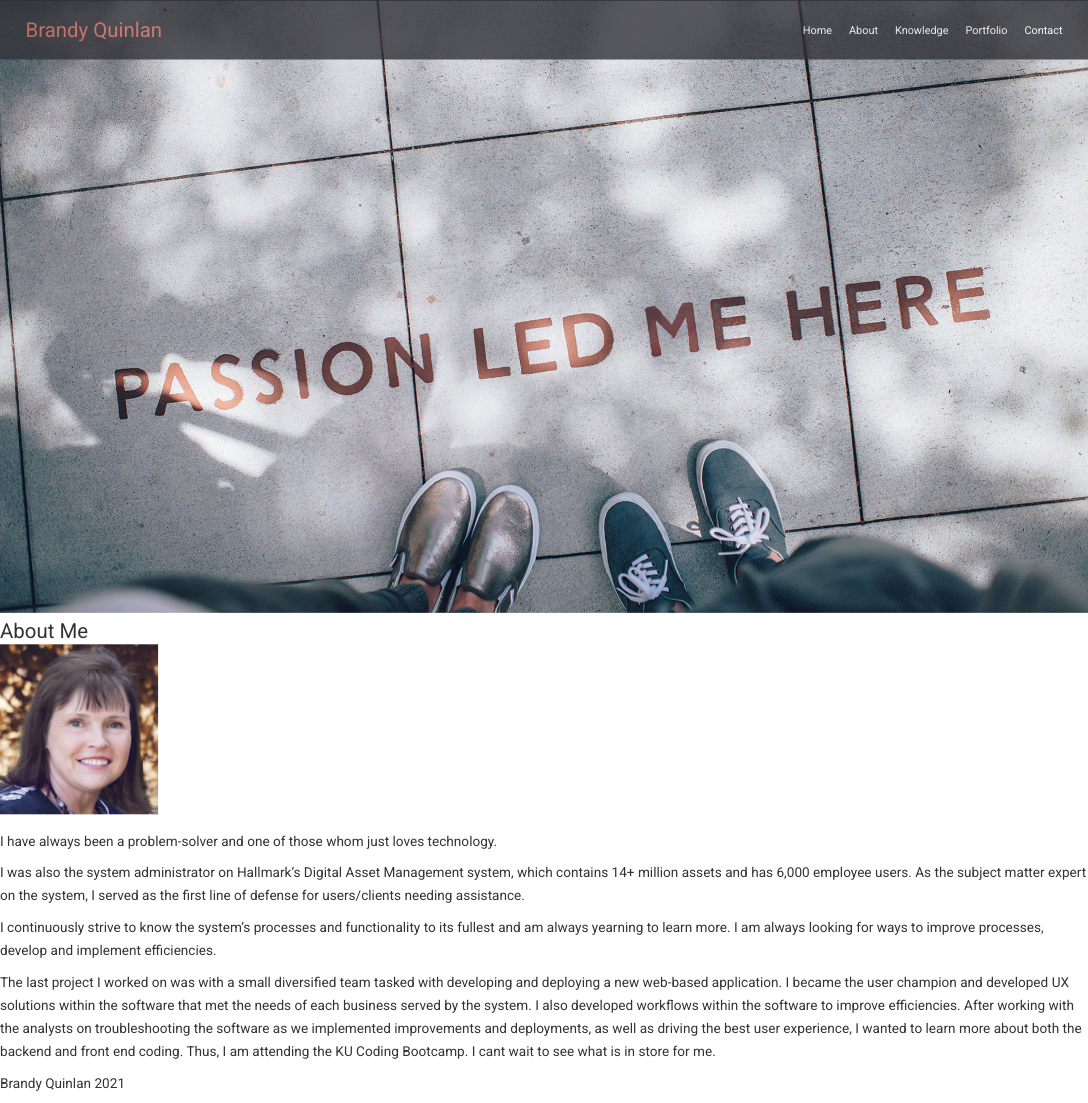
Repository: brandyquinlan/brandyquinlan
Page: index.html
These files come from the project's save history. The page is drawn as it stood at one moment and after the next save; the edit follows.
The browser window is 1280 px wide. The pictures show the whole page, at 85% of full size.
Some web libraries are served in a nearby version.

Above is the page before, as saved 2021-02-05 11:20:34.

### index.html
<!DOCTYPE html>
<html lang="en">

<head>
    <meta charset="UTF-8">
    <meta name="viewport" content="width=device-width, initial-scale=1.0">
    <link href="https://fonts.googleapis.com/css2?family=Roboto" rel="stylesheet">
    <link href="https://fonts.googleapis.com/css2?family=Raleway" rel="stylesheet">

    <link rel="stylesheet" href="https://cdnjs.cloudflare.com/ajax/libs/font-awesome/5.13.0/css/all.min.css" integrity="sha256-h20CPZ0QyXlBuAw7A+KluUYx/3pK+c7lYEpqLTlxjYQ=" crossorigin="anonymous" />
    <link rel="stylesheet" href="css/style.css">
    <title>Quinlan Portfolio</title>
</head>

<body id="home">
    <header class="hero">
        <div id="navbar" class="navbar">
            <h1 class="name">Brandy Quinlan</h1>
            <nav>
                <ul>
                    <li><a href="#home">Home</a></li>
                    <li><a href="#about">About</a></li>
                    <li><a href="#knowledge">Knowledge</a></li>
                    <li><a href="portfolio.html">Portfolio</a></li>
                    <li><a href="contact.html">Contact</a></li>
                </ul>
            </nav>
        </div>
        <section class="container">
            <img src="img/ian-schneider-TamMbr4okv4-unsplash.png" alt="" class="no-repeat  center center/cover">
        </section>
        <!-- <div id="content">
            <h1>My Slogan</h1>
            <p>Lorem ipsum dolor sit amet, consectetur adipisicing elit. Delectus, molestiae.</p>
        </div> -->
    </header>

    <!-- About -->
    <section id="aboutMe">
        <h1>About Me</h1>
        <div id="aboutRow1">

            <img class="float-left img-fluid mr-4 w-25" src="img/Me_copy.png" alt="Brandy Quinlan">
        </div>
        <p>
            I have always been a problem-solver and one of those whom just loves technology.
        </p>
        <p>
            I was also the system administrator on Hallmark’s Digital Asset Management system, which contains 14+ million assets and has 6,000 employee users. As the subject matter expert on the system, I served as the first line of defense for users/clients needing
            assistance.
        </p>
        <p> I continuously strive to know the system’s processes and functionality to its fullest and am always yearning to learn more. I am always looking for ways to improve processes, develop and implement efficiencies.
        </p>
        <p>
            The last project I worked on was with a small diversified team tasked with developing and deploying a new web-based application. I became the user champion and developed UX solutions within the software that met the needs of each business served by the
            system. I also developed workflows within the software to improve efficiencies. After working with the analysts on troubleshooting the software as we implemented improvements and deployments, as well as driving the best user experience, I
            wanted to learn more about both the backend and front end coding. Thus, I am attending the KU Coding Bootcamp. I cant wait to see what is in store for me.
        </p>

    </section>
    <!-- Portfolio Gallery -->
    <!-- <section class="projects flex-grid section-padding">
        <header class="section-header">
            <h4>This is what we do</h4>
            <p>
                Lorem ipsum dolor sit, amet consectetur adipisicing elit. Fugiat, dolore!
            </p>
        </header>
        <div class="row">
            <div class="projectsGallery">
                <a href="https://brandyquinlan.github.io/PAIR/" data-lightbox="projects" data-title="Lorem ipsum dolor sit">
                    <img src="/img/PAIR.png" alt="" />
                </a>
                <a href="https://brandyquinlan.github.io/HW05_Day_Planner/" data-lightbox="projects" data-title="Lorem ipsum dolor sit">
                    <img src="img/day_planner.png" alt="" />
                </a>
                <a href="" data-lightbox="projects" data-title="Lorem ipsum dolor sit">
                    <img src="" alt="" />
                </a>
                <a href="" data-lightbox="projects" data-title="Lorem ipsum dolor sit">
                    <img src="" alt="" />
                </a>
            </div>
    </section> -->
    <footer>
        <div>
            <p>Brandy Quinlan 2021</p>
        </div>
    </footer>

</body>

</html>

### css/style.css
* {
    box-sizing: border-box;
    margin: 0;
    padding: 0;
}


/* Base Styles */

body {
    font-family: 'Roboto', sans-serif;
    background: #fff;
    color: #333;
    line-height: 1.7;
}

h1,
h2 {
    font-weight: 250;
    font-size: 1.5rem;
    line-height: 1.2;
}

ul {
    list-style: none;
}

p {
    margin: 10px 0;
}

a {
    text-decoration: none;
    color: #333;
}

img {
    max-width: 100%;
}


/* .text-primary {
    color: #28a745;
}

.text-secondary {
    color: #0284d0;
} */


/* Header */

header h1 {
    /* color: #e97a5b; */
    color: #d36e5f;
    padding-left: 10px;
}


/* Navbar */

#navbar {
    display: flex;
    align-items: center;
    justify-content: space-between;
    width: 100%;
    height: 70px;
    position: fixed;
    top: 0px;
    background: #333339;
    color: #fff;
    opacity: .8;
    padding: 0 20px;
}

#navbar a {
    color: #fff;
    padding: 10px 10px;
    font-size: .8rem;
}

#navbar a:hover {
    color: #a35a4e;
}

#navbar ul {
    display: flex;
}


/* About */


/*
#aboutMe {
    padding: 40px 100px;
    background: #333339;
    color: #fff;
    opacity: .8;
    font-size: .9rem;
    max-width: 1920px;
}

#aboutMe h1 {
    color: #bf8273;
} */


/* #aboutRow1 {
    display: flex;
    padding: 20px;
    justify-content: space-between;
    margin: 0 20px;
} */


/* #aboutMe img {
    border-radius: 50%;
    margin-right: 50px;
    width: 150px;
    height: 150px;
} */


/* Footer */


/* footer {
    background: #333339;
    opacity: .9;
    height: 60px;
}

footer p {
    display: flex;
    align-items: center;
    justify-content: center;
    color: #fff;
    padding-top: 15px;
} */

After the next save:
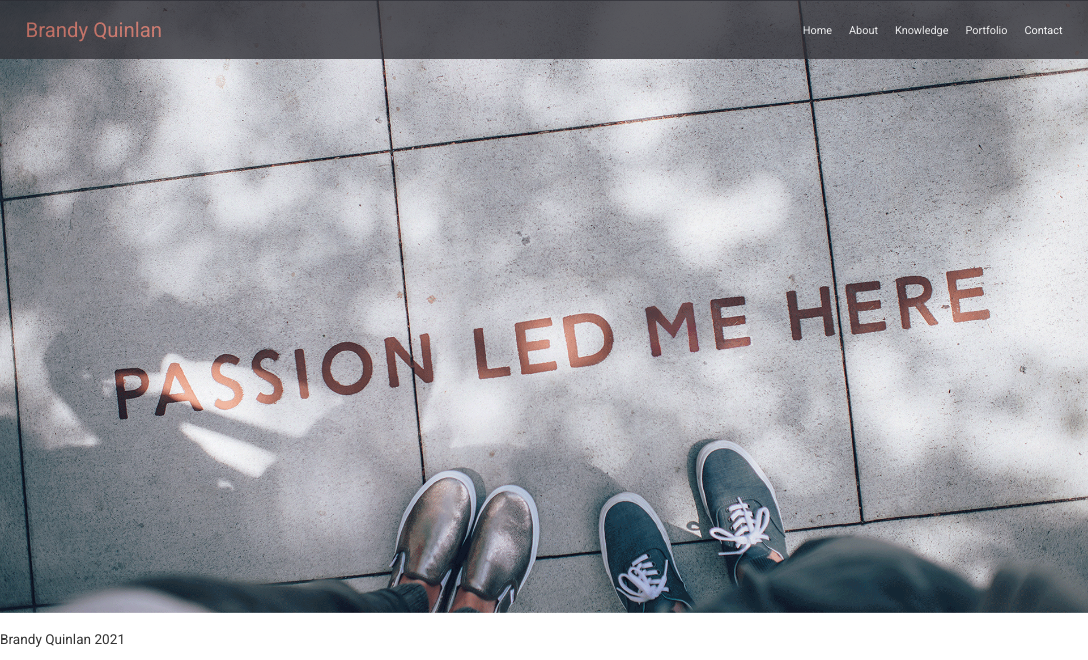
Saved 10 s later.
--- a/index.html
+++ b/index.html
@@ -36,7 +36,7 @@
     </header>
 
     <!-- About -->
-    <section id="aboutMe">
+    <!-- <section id="aboutMe">
         <h1>About Me</h1>
         <div id="aboutRow1">
 
@@ -55,7 +55,7 @@
             The last project I worked on was with a small diversified team tasked with developing and deploying a new web-based application. I became the user champion and developed UX solutions within the software that met the needs of each business served by the
             system. I also developed workflows within the software to improve efficiencies. After working with the analysts on troubleshooting the software as we implemented improvements and deployments, as well as driving the best user experience, I
             wanted to learn more about both the backend and front end coding. Thus, I am attending the KU Coding Bootcamp. I cant wait to see what is in store for me.
-        </p>
+        </p> -->
 
     </section>
     <!-- Portfolio Gallery -->
